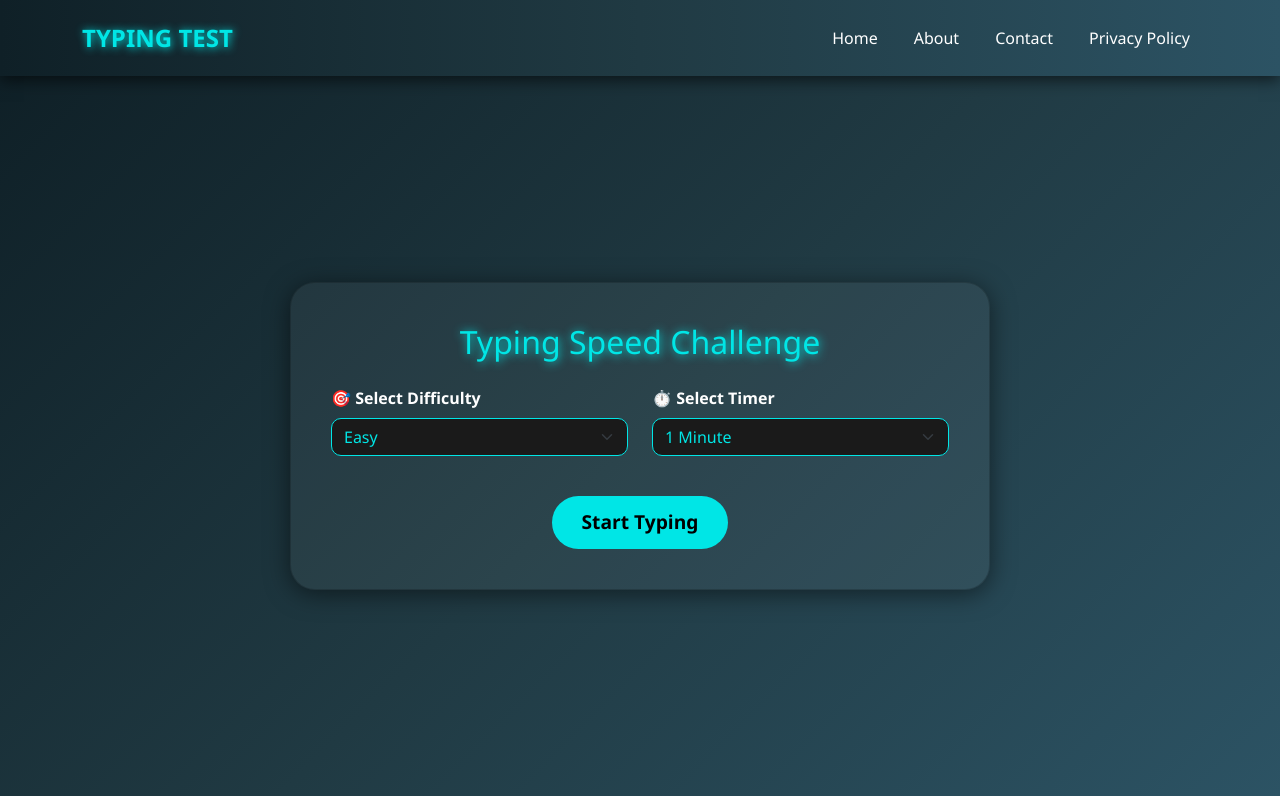
Repository: SHAHZADcodr/typing-test-react
Page: /game
The author's editor kept a copy of each file at every save. The page is drawn from the files as they stood at one save, then again after a run of saves.
The browser window is 1280 px wide. The pictures show the whole page.
The project was rebuilt for these pictures with package versions that can differ from the ones it lists, and the page was loaded fresh each time. Also part of the build but not shown: src/customCss/About.css, src/pages/About.jsx, src/customCss/Contact.css, src/pages/Contact.jsx, src/customCss/Game.css, src/pages/Game.jsx, src/customCss/GameOver.css, src/pages/GameOver.jsx and 2 more. Imported but missing from the stored project, and not drawn on this page: src/assets/background.mp3, src/assets/pop.mp3.

Above is the page before, as saved 2025-04-14 17:13:06.

### src/index.js
import React from 'react';
import "bootstrap/dist/css/bootstrap.min.css";
import ReactDOM from 'react-dom/client';
import './index.css';
import App from './App';
import { HashRouter } from 'react-router-dom';
import reportWebVitals from './reportWebVitals';

const root = ReactDOM.createRoot(document.getElementById('root'));
root.render(
  <React.StrictMode>
    <HashRouter>
      <App />
    </HashRouter>
  </React.StrictMode>
);

// If you want to start measuring performance in your app, pass a function
// to log results (for example: reportWebVitals(console.log))
// or send to an analytics endpoint. Learn more: https://bit.ly/CRA-vitals
reportWebVitals();

### src/index.css
body {
  margin: 0;
  background: linear-gradient(135deg, #0f2027,
  #203a43, #2c5364);
}

### src/App.js
import {Routes,Route} from "react-router-dom";
import './App.css';
import { useEffect } from "react";
//pages
import Home  from "./pages/Home";
import About from "./pages/About";
import Contact from "./pages/Contact";
import Game from "./pages/Game";
import GameOver from "./pages/GameOver";
import PrivacyPolicy from "./pages/PrivacyPolicy";

//components
import Navigation from "./components/Navbar";

function App() {

   useEffect(() => {
     // Disable Right Click
     document.addEventListener("contextmenu", (e) => e.preventDefault());

     // Disable Keyboard Shortcuts
     const blockDevTools = (e) => {
       if (
         e.key === "F12" ||
         (e.ctrlKey && e.shiftKey && ["I", "J", "C"].includes(e.key)) ||
         (e.ctrlKey && e.key === "U")
       ) {
         e.preventDefault();
       }
     };

     document.addEventListener("keydown", blockDevTools);

     return () => {
       document.removeEventListener("contextmenu", (e) => e.preventDefault());
       document.removeEventListener("keydown", blockDevTools);
     };
   }, []);

  return (
    <>
    <Navigation/>
    <Routes>
      <Route path="/" element={<Home/>}/>
      <Route path="*" element={<Home/>}/>
      <Route path="/about" element={<About/>}/>
      <Route path="/contact" element={<Contact/>}/>
      <Route path="/privacy-policy" element={<PrivacyPolicy/>}/>
      <Route path="/game" element={<Game/>}/>
      <Route path="/gameOver" element={<GameOver/>}/>

    </Routes>
    </>

  );
}

export default App;

### src/App.css
.custom-navbar {
  background: linear-gradient(to right, #0f2027, #203a43, #2c5364) !important;
  padding: 15px 20px;
  box-shadow: 0 4px 15px rgba(0, 0, 0, 0.6);
  font-family: 'Segoe UI', Tahoma, Geneva, Verdana, sans-serif;
  z-index: 1000;
  position: relative;
}

.custom-navbar .navbar-brand {
  color: #00e6e6 !important;
  font-weight: bold;
  font-size: 1.5rem;
  text-shadow: 1px 1px 8px #00e6e6;
}

.custom-navbar .nav-link {
  color: #ffffff !important;
  margin-left: 20px;
  transition: color 0.3s ease, transform 0.2s ease;
  font-weight: 500;
  display: inline-block;
}

.custom-navbar .nav-link:hover {
  color: #00e6e6 !important;
  transform: scale(1.05);
  text-shadow: 0 0 5px #00e6e6;
}

.custom-navbar .navbar-toggler {
  background-color: #00e6e6;
  border: none;
  outline: none;
}

### src/pages/Home.jsx
import React, { useState } from 'react';
import { Container, Form, Button, Row, Col, Card } from 'react-bootstrap';
import { useNavigate } from 'react-router-dom';
import '../customCss/Home.css'; // import this CSS file

const Home = () => {
  const [difficulty, setDifficulty] = useState('easy');
  const [duration, setDuration] = useState(60);
  const navigate = useNavigate();

  const handleStart = () => {
    navigate('/game', { state: { difficulty, duration } });
  };

  return (
    <div className="home-container">
      <Card className="home-card">
        <h2 className="text-center mb-4">Typing Speed Challenge </h2>

        <Row className="mb-3">
          <Col md={6}>
            <Form.Group>
              <Form.Label className="form-label">🎯 Select Difficulty</Form.Label>
              <Form.Select
                className="form-select"
                value={difficulty}
                onChange={(e) => setDifficulty(e.target.value)}
              >
                <option value="easy">Easy</option>
                <option value="medium">Medium</option>
                <option value="hard">Hard</option>
              </Form.Select>
            </Form.Group>
          </Col>

          <Col md={6}>
            <Form.Group>
              <Form.Label className="form-label">⏱️ Select Timer</Form.Label>
              <Form.Select
                className="form-select"
                value={duration}
                onChange={(e) => setDuration(Number(e.target.value))}
              >
                <option value="60">1 Minute</option>
                <option value="120">2 Minutes</option>
                <option value="180">3 Minutes</option>
                <option value="300">5 Minutes</option>
                <option value="600">10 Minutes</option>
              </Form.Select>
            </Form.Group>
          </Col>
        </Row>

        <div className="text-center mt-4">
          <Button className="start-button" size="lg" onClick={handleStart}>
            Start Typing
          </Button>
        </div>
      </Card>
    </div>
  );
};

export default Home;

### src/components/Navbar.jsx
import React from 'react';
import { Navbar, Nav, Container } from 'react-bootstrap';
import { Link } from 'react-router-dom';
import '../App.css'; // Ensure correct path

const Navigation = () => {
  return (
    <Navbar expand="lg" className="custom-navbar" variant="dark">
      <Container>
        <Navbar.Brand as={Link} to="/">TYPING TEST</Navbar.Brand>
        <Navbar.Toggle aria-controls="basic-navbar-nav" />
        <Navbar.Collapse id="basic-navbar-nav">
          <Nav className="ms-auto">
            <Nav.Link as={Link} to="/">Home</Nav.Link>
            <Nav.Link as={Link} to="/about">About</Nav.Link>
            <Nav.Link as={Link} to="/contact">Contact</Nav.Link>
            <Nav.Link as={Link} to="/privacy-policy">Privacy Policy</Nav.Link>
          </Nav>
        </Navbar.Collapse>
      </Container>
    </Navbar>
  );
};

export default Navigation;

### src/customCss/Home.css
.home-container {
    height: 100vh;
    display: flex;
    align-items: center;
    justify-content: center;
    background: linear-gradient(135deg, #0f2027, #203a43, #2c5364);
    color: #fff;
    font-family: 'Segoe UI', Tahoma, Geneva, Verdana, sans-serif;
    padding: 20px;
  }

  .home-card {
    background-color: rgba(255, 255, 255, 0.05);
    border-radius: 25px;
    padding: 40px;
    box-shadow: 0 4px 25px rgba(0, 0, 0, 0.5);
    width: 100%;
    max-width: 700px;
  }

  .home-card h2 {
    color: #00e6e6;
    text-shadow: 1px 1px 10px #00e6e6;
  }

  .form-label {
    color: #fff;
    font-weight: bold;
  }

  .form-select {
    background-color: #1a1a1a;
    color: #00e6e6;
    border: 1px solid #00e6e6;
    border-radius: 10px;
  }

  .form-select:focus {
    box-shadow: 0 0 10px #00e6e6;
    border-color: #00e6e6;
  }

  .start-button {
    background-color: #00e6e6;
    border: none;
    color: #000;
    font-weight: bold;
    padding: 12px 30px;
    border-radius: 30px;
    font-size: 1.2rem;
    transition: background-color 0.3s ease, transform 0.2s ease;
  }

  .start-button:hover {
    background-color: #01cccc;
    transform: scale(1.05);
  }

Loaded but not shown: public/index.html (common file); src/reportWebVitals.js (common file)

After the next 2 saves:
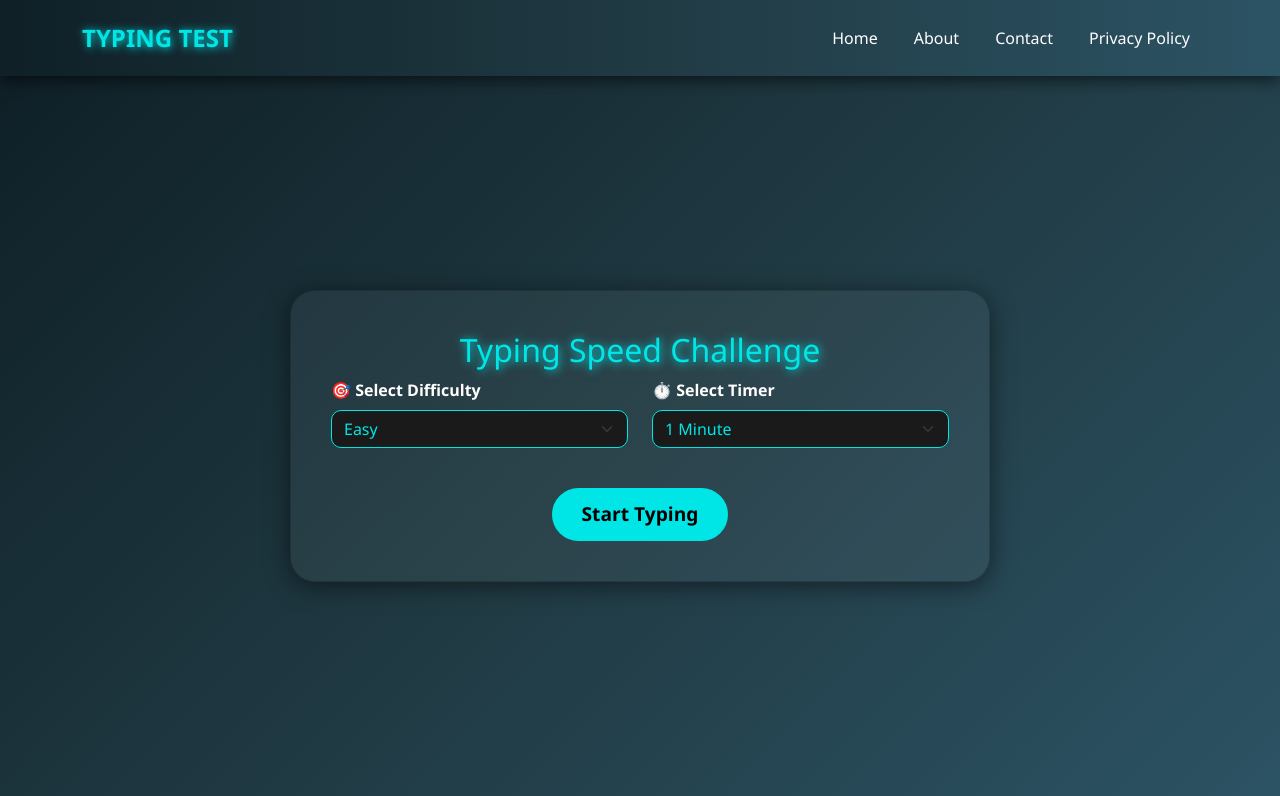
The 2 saves are shown as one change because they came seconds apart.
The last was saved 4 min 10 s later.
--- a/src/pages/Home.jsx
+++ b/src/pages/Home.jsx
@@ -15,7 +15,7 @@
   return (
     <div className="home-container">
       <Card className="home-card">
-        <h2 className="text-center mb-4">Typing Speed Challenge </h2>
+        <h2 className="text-center mb-2">Typing Speed Challenge </h2>
 
         <Row className="mb-3">
           <Col md={6}>

After the save that followed:
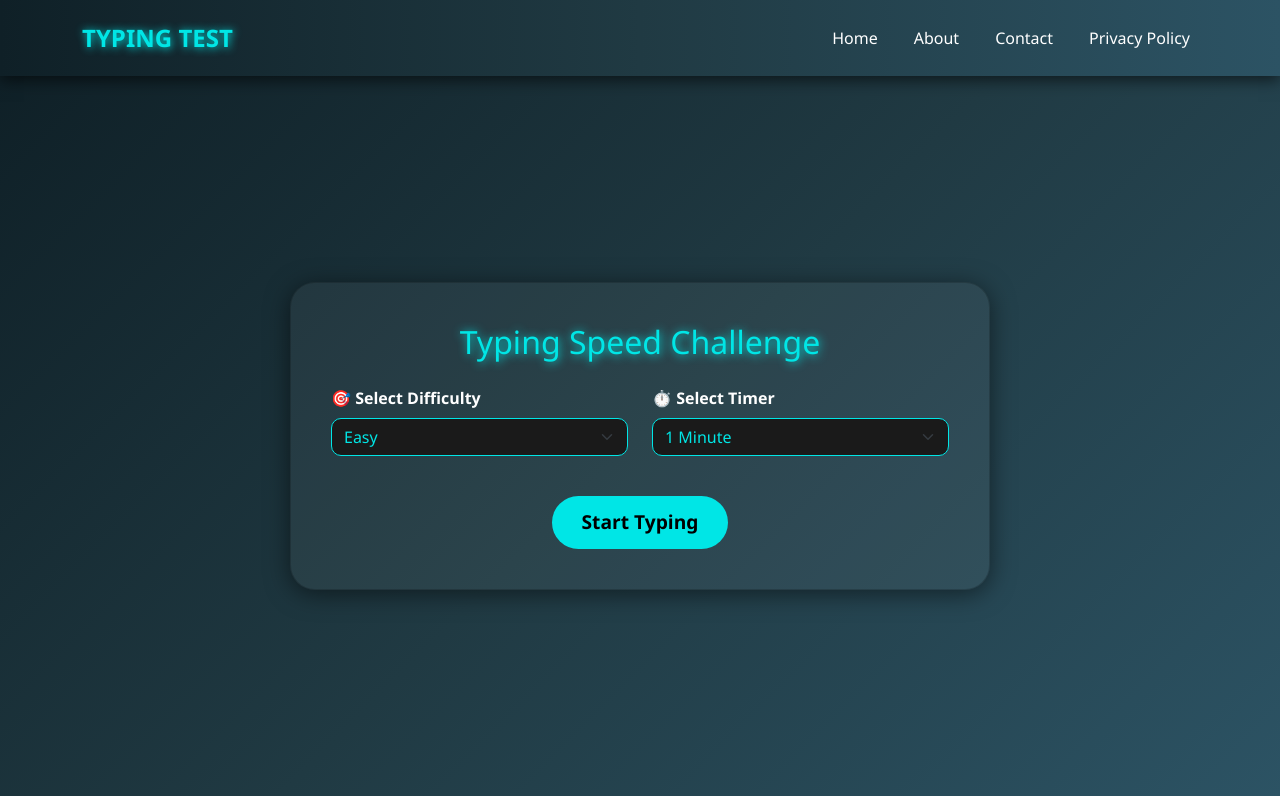
Saved 4 s later.
--- a/src/pages/Home.jsx
+++ b/src/pages/Home.jsx
@@ -15,7 +15,7 @@
   return (
     <div className="home-container">
       <Card className="home-card">
-        <h2 className="text-center mb-2">Typing Speed Challenge </h2>
+        <h2 className="text-center mb-4">Typing Speed Challenge </h2>
 
         <Row className="mb-3">
           <Col md={6}>
